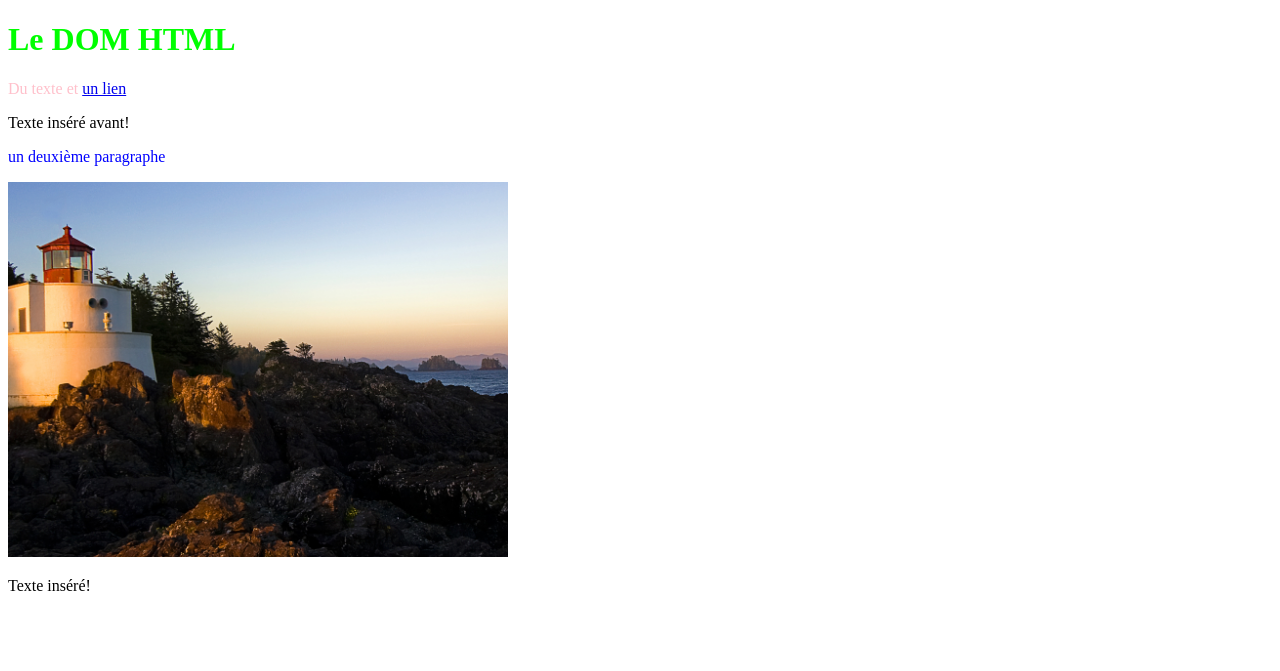
Repository: serviceshuios/-git-reference-java-lyon-worspace
Page: workspaceWeb/HtmlCssJavascript/WebContent/ModificationsDocumentEtElement.html
The author's editor kept a copy of each file at every save. The page is drawn from the files as they stood at one save, then again after the next save.
The browser window is 1280 px wide. The pictures show the whole page.

Above is the page before, as saved 2017-04-05 13:08:22.

After the next save:
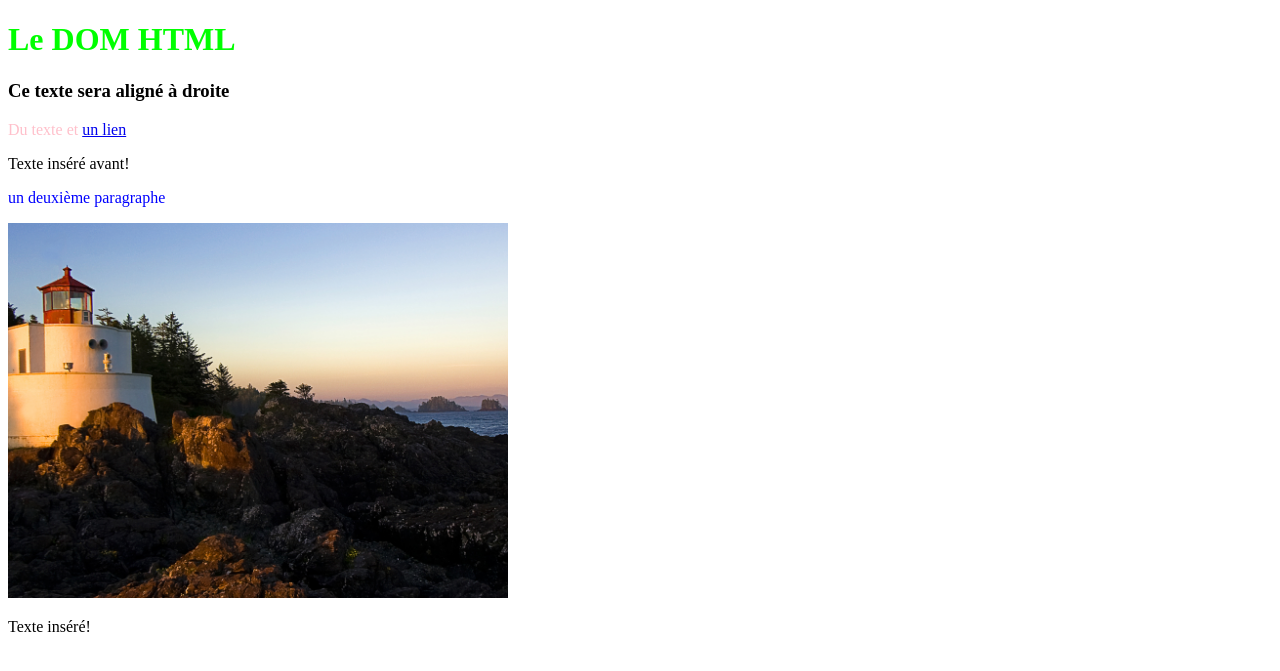
Saved 11 min 46 s later.
--- a/workspaceWeb/HtmlCssJavascript/WebContent/ModificationsDocumentEtElement.html
+++ b/workspaceWeb/HtmlCssJavascript/WebContent/ModificationsDocumentEtElement.html
@@ -9,6 +9,7 @@
 	<body>
 		<h1 id="gros_titre">Le DOM</h1>
 		<h2>Ce texte sera supprimé</h2>
+		<h3>Ce texte sera aligné à droite</h3>
 		<p class="para"> Du texte et <a href="http://www.google.com">un lien</a></p>
 		<p class="para">un deuxième paragraphe</p>
 		<img src="img/Jellyfish.jpg"/>
